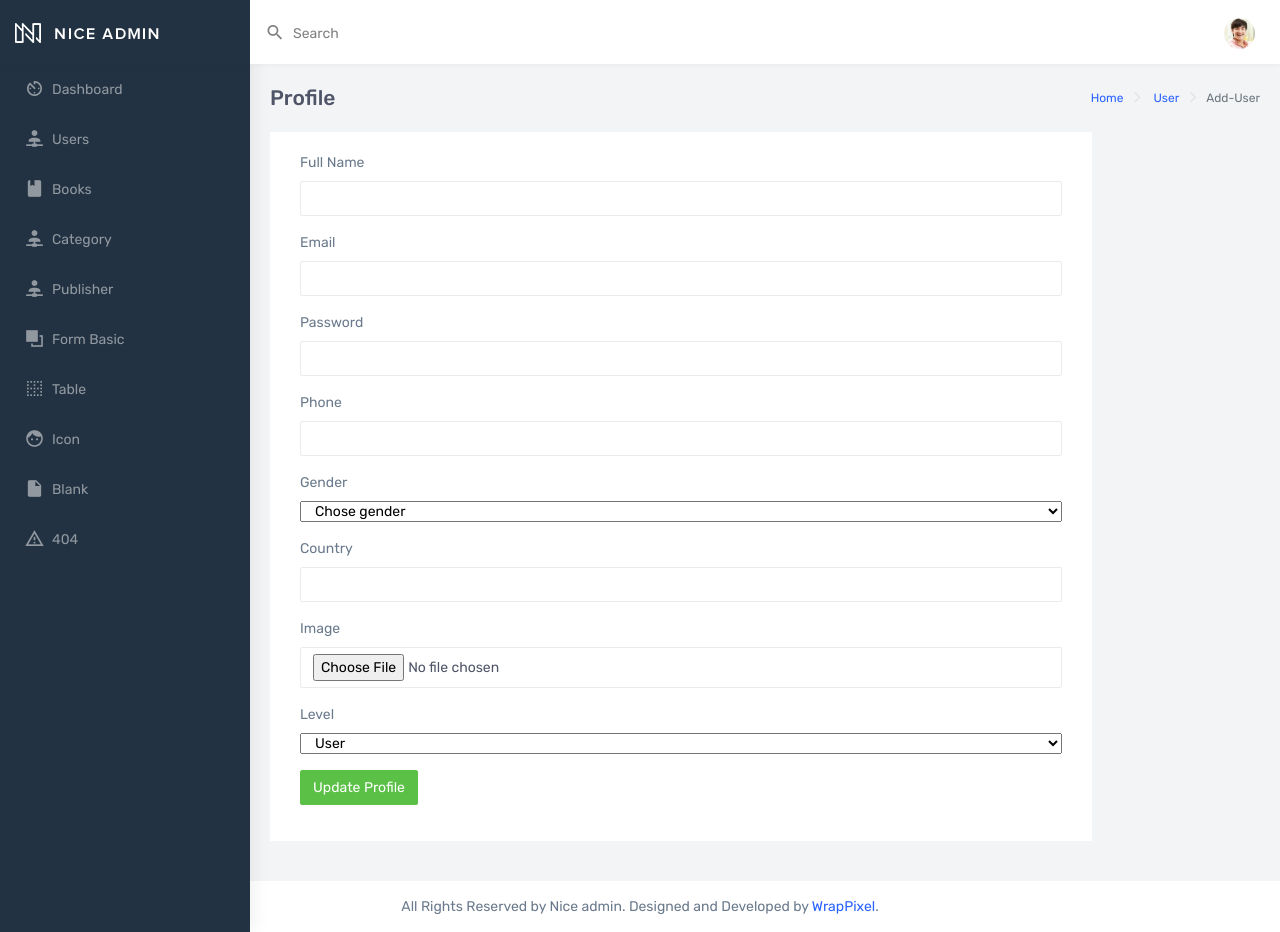
Repository: dev1xc/library-management-system
Page: http://localhost/admin/add-user
An editor plug-in stored every save of this project. The page is shown before and after the next save, followed by the edit.
The browser window is 1280 px wide. The pictures show the whole page.
The page is served by the project's Laravel application, run on PHP 8.4 with Laravel 10. The first stored user is signed in. The database holds what the project's SQL file puts in it.

Above is the page before, as saved 2024-02-08 02:39:51.
Console error: TypeError: Cannot read properties of null (reading 'querySelector')

After the next save:
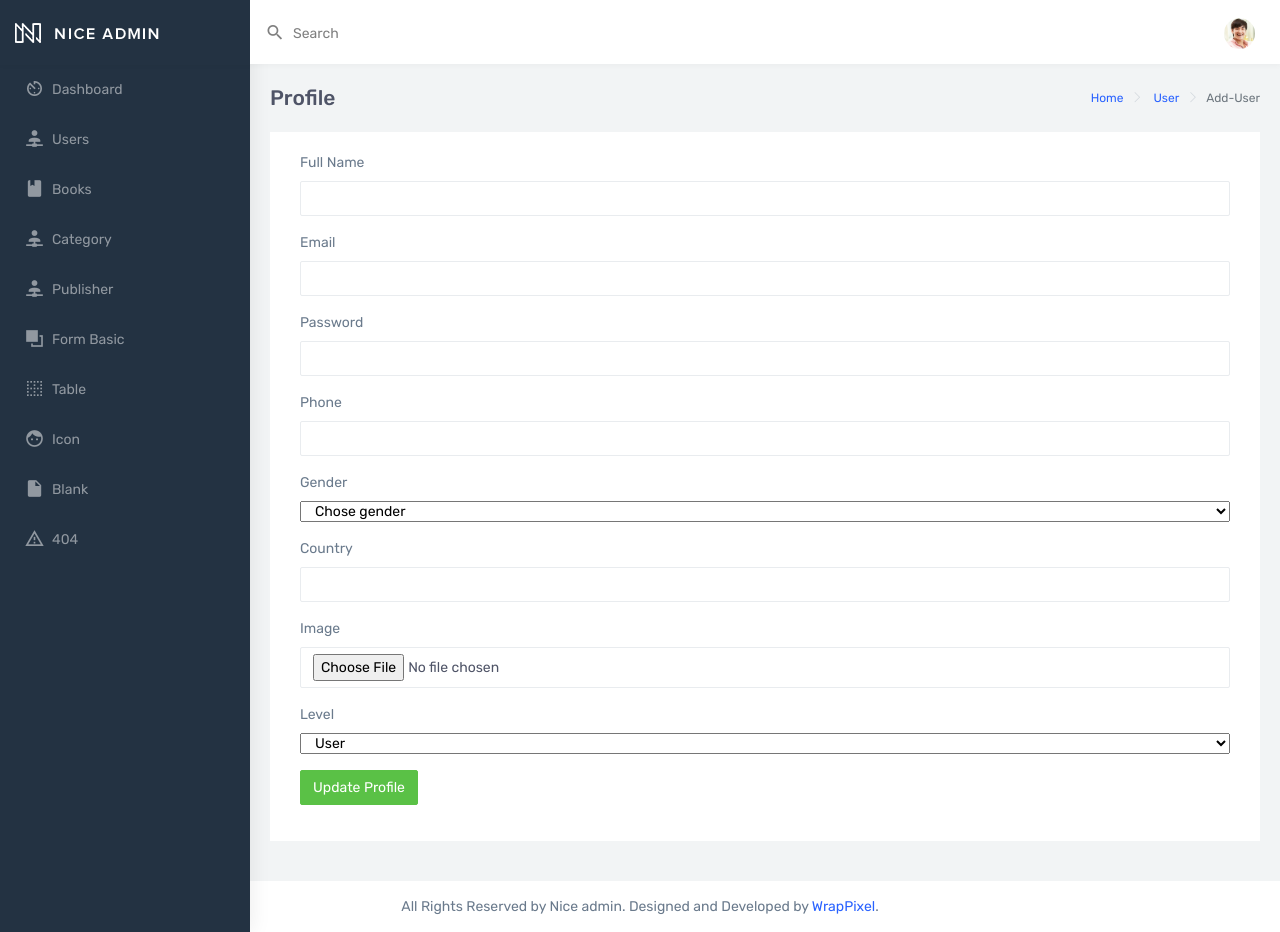
Saved 22 s later.
--- a/resources/views/admin/functions/user/add.blade.php
+++ b/resources/views/admin/functions/user/add.blade.php
@@ -46,7 +46,7 @@
       <!-- Column -->
       <!-- Column -->
       <!-- Column -->
-      <div class="col-lg-10 col-xlg-10 col-md-7">
+      <div class="col-lg-12 col-xlg-10 col-md-7">
         <div class="card">
           <div class="card-body">
             <form class="form-horizontal form-material" method="post" enctype="multipart/form-data">
